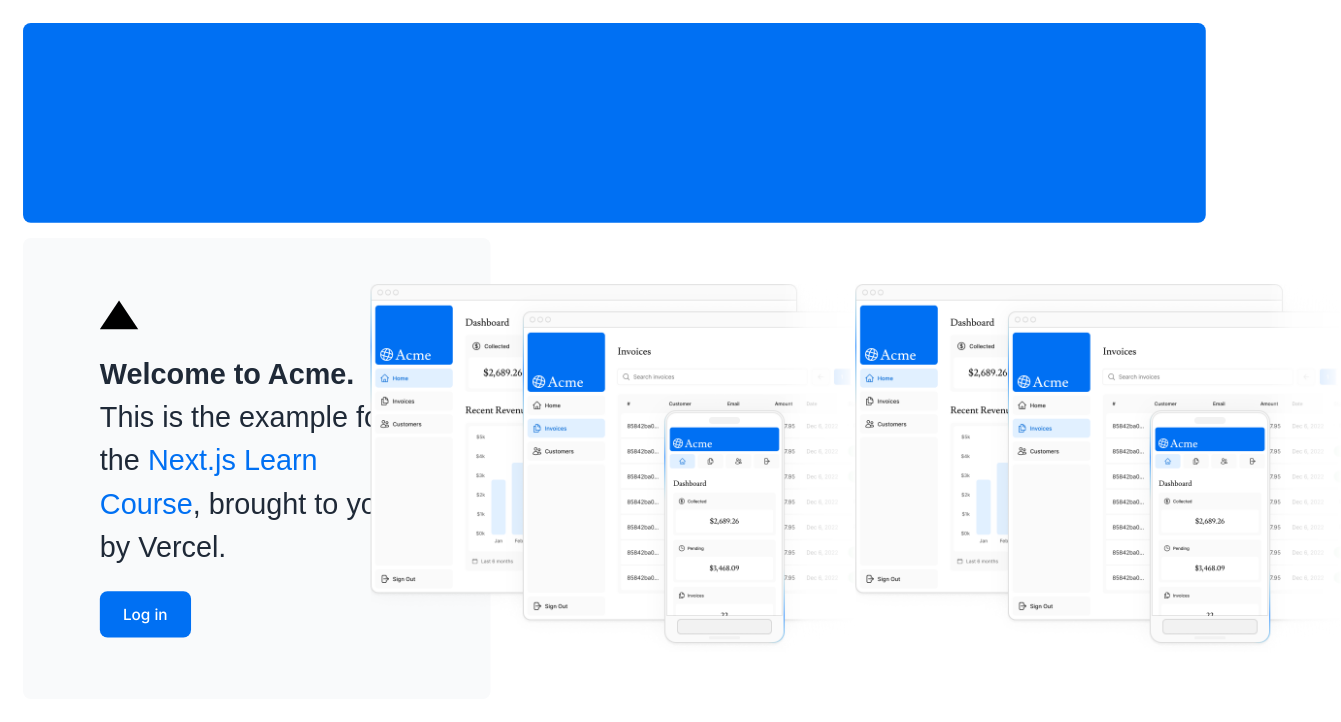
Repository: julietsawyerr/nextjs-dashboard
Page: /
An editor plug-in stored every save of this project. The page is shown before and after a run of saves, followed by the edit.
The browser window is 1280 px wide. The page is 1397 px wide, so the pictures cover 1397 px, including what lies to the right of the window. The pictures show the whole page, at 96% of full size.
Some web fonts or font styles are not loaded; a fallback is used. The project was rebuilt for these pictures with package versions that can differ from the ones it lists, and the page was loaded fresh each time. The framework's server and built-in components were replaced by stand-ins that run in the browser. Also part of the build but not shown: next.config.js.

Above is the page before, as saved 2023-11-06 14:21:51.

After the next 2 saves:
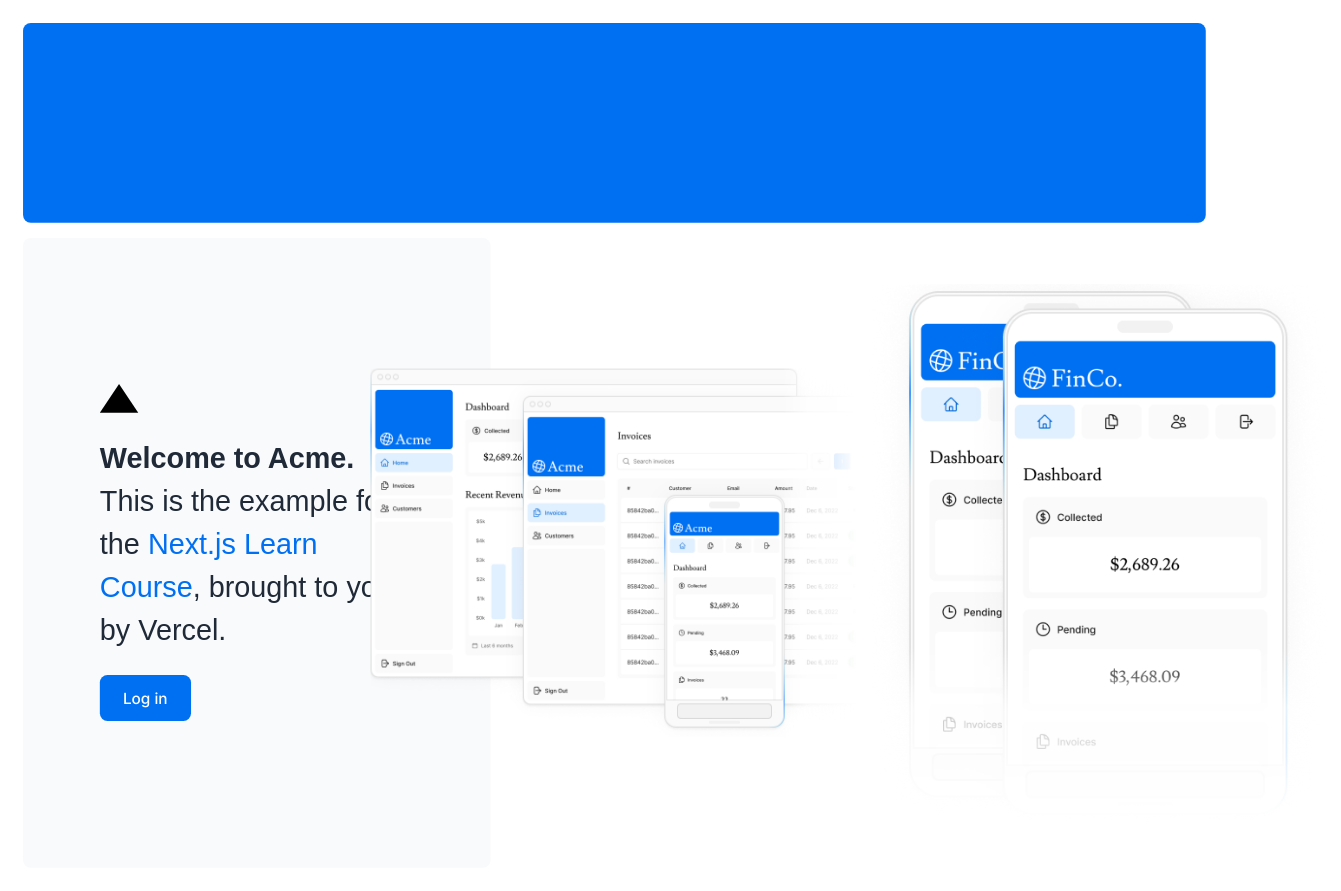
The 2 saves are shown as one change because they came seconds apart.
The last was saved 73 s later.
--- a/app/page.tsx
+++ b/app/page.tsx
@@ -39,7 +39,7 @@ export default function Page() {
           />
 
           <Image
-            src='/hero-desktop.png'
+            src='/hero-mobile.png'
             width={560}
             height={620}
             alt="Hero image on mobile"
